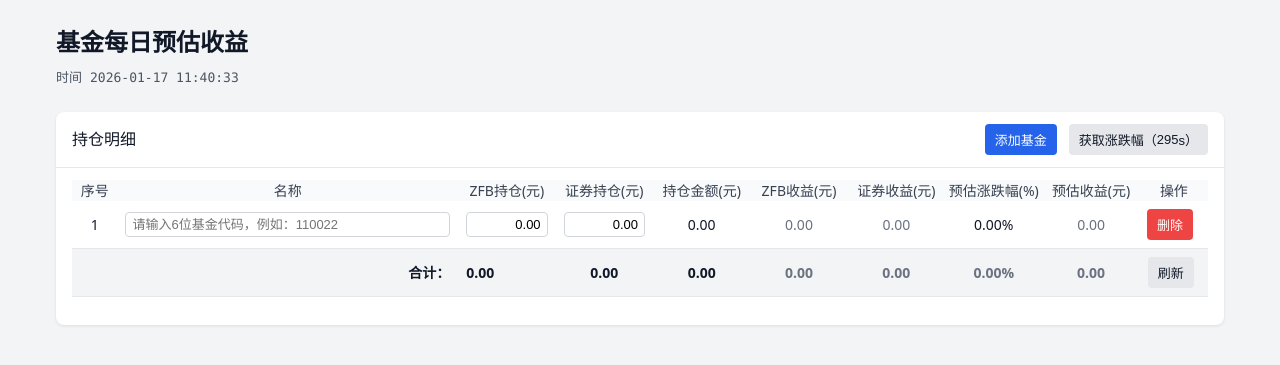
Repository: zt-boom/finance
Page: index.html
The author's editor kept a copy of each file at every save. The page is drawn from the files as they stood at one save, then again after the next save.
The browser window is 1280 px wide. The pictures show the whole page.

Above is the page before, as saved 2026-01-17 19:08:45.

After the next save:
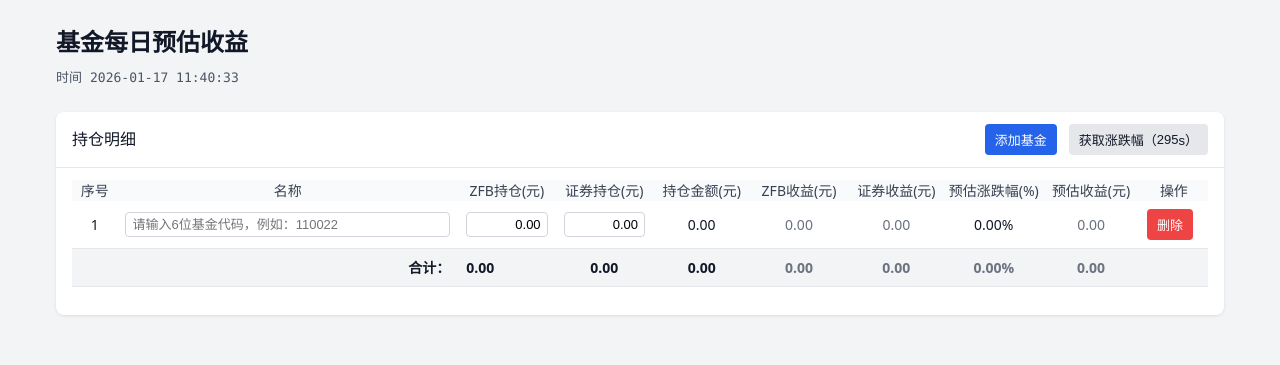
Saved 93 s later.
--- a/index.html
+++ b/index.html
@@ -44,19 +44,19 @@
 </tr>
 </thead>
 <tbody id="fund-table-body"></tbody>
-<tfoot>
-<tr class="summary-row">
-<td colspan="2">合计：</td>
-<td><span id="total-zfb-amount">0.00</span></td>
-<td><span id="total-stock-amount">0.00</span></td>
-<td><span id="total-amount">0.00</span></td>
-<td><span id="total-zfb-profit">0.00</span></td>
-<td><span id="total-stock-profit">0.00</span></td>
-<td><span id="total-percent">0.00%</span></td>
-<td><span id="total-profit">0.00</span></td>
-<td><button id="summary-refresh-btn" class="secondary-button">刷新</button></td>
-</tr>
-</tfoot>
+        <tfoot>
+          <tr class="summary-row">
+            <td colspan="2">合计：</td>
+            <td><span id="total-zfb-amount">0.00</span></td>
+            <td><span id="total-stock-amount">0.00</span></td>
+            <td><span id="total-amount">0.00</span></td>
+            <td><span id="total-zfb-profit">0.00</span></td>
+            <td><span id="total-stock-profit">0.00</span></td>
+            <td><span id="total-percent">0.00%</span></td>
+            <td><span id="total-profit">0.00</span></td>
+            <td></td>
+          </tr>
+        </tfoot>
 </table>
 </div>
 </div>
